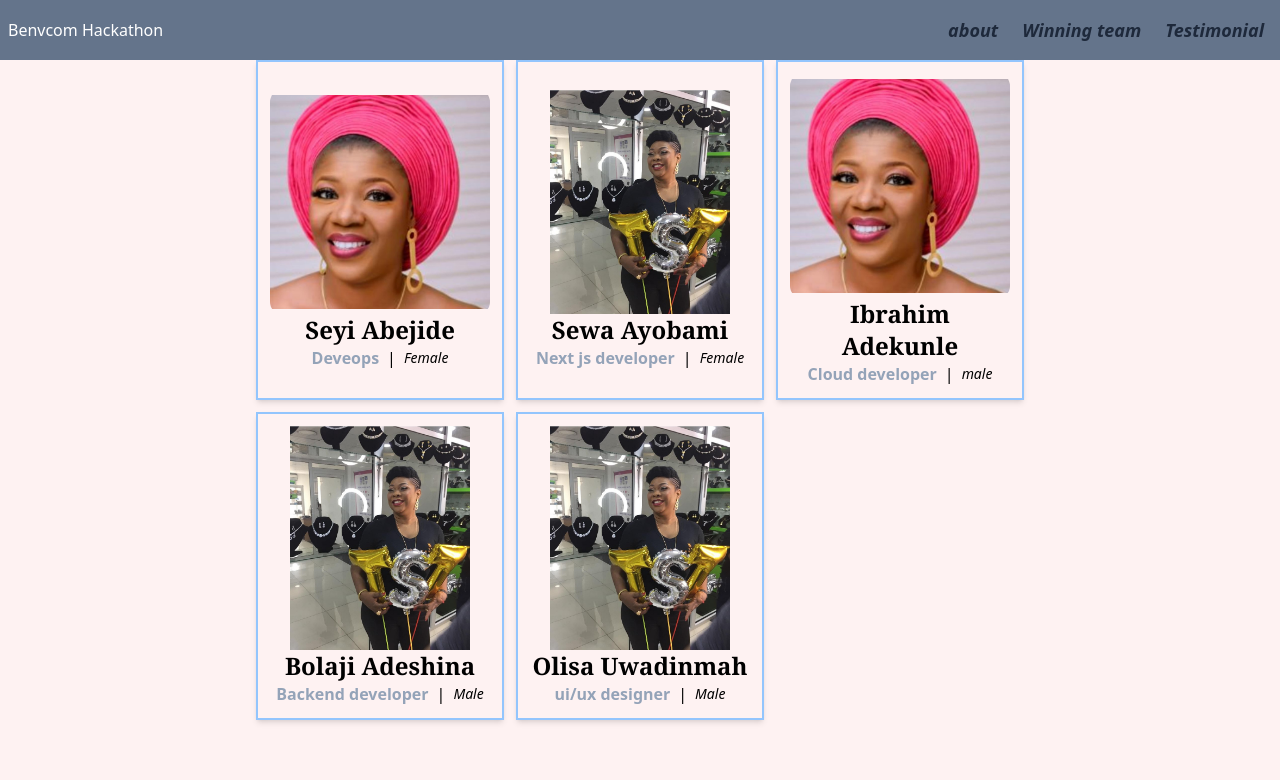
Repository: Semanmernstack/Bincom
Page: /
An editor plug-in stored every save of this project. The page is shown before and after the next save, followed by the edit.
The browser window is 1280 px wide. The pictures show the whole page.
The project was rebuilt for these pictures with package versions that can differ from the ones it lists, and the page was loaded fresh each time. The framework's server and built-in components were replaced by stand-ins that run in the browser. Also part of the build but not shown: next.config.mjs.

Above is the page before, as saved 2024-01-25 09:34:29.

After the next save:
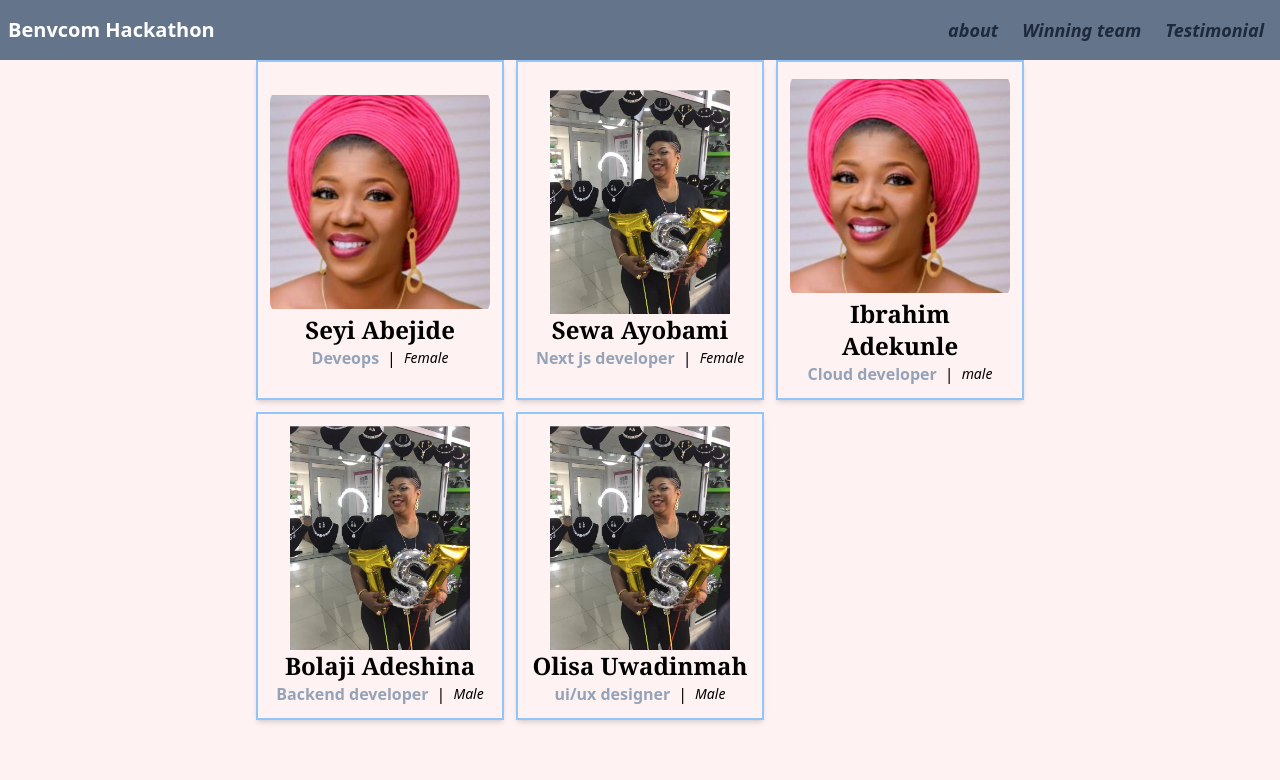
Saved 35 s later.
--- a/app/components/Nav.tsx
+++ b/app/components/Nav.tsx
@@ -22,7 +22,7 @@ function Nav() {
   return (
     <div className=' flex items-center justify-between   bg-slate-500 p-2 shadow-lg text-white'>
         <div>
-            <h1> Benvcom Hackathon  </h1>
+            <h1 className='text-xl font-extrabold'> Benvcom Hackathon  </h1>
         </div>
         <div className='flex gap-2 '>
         {Linkk.map((d, i) => (
